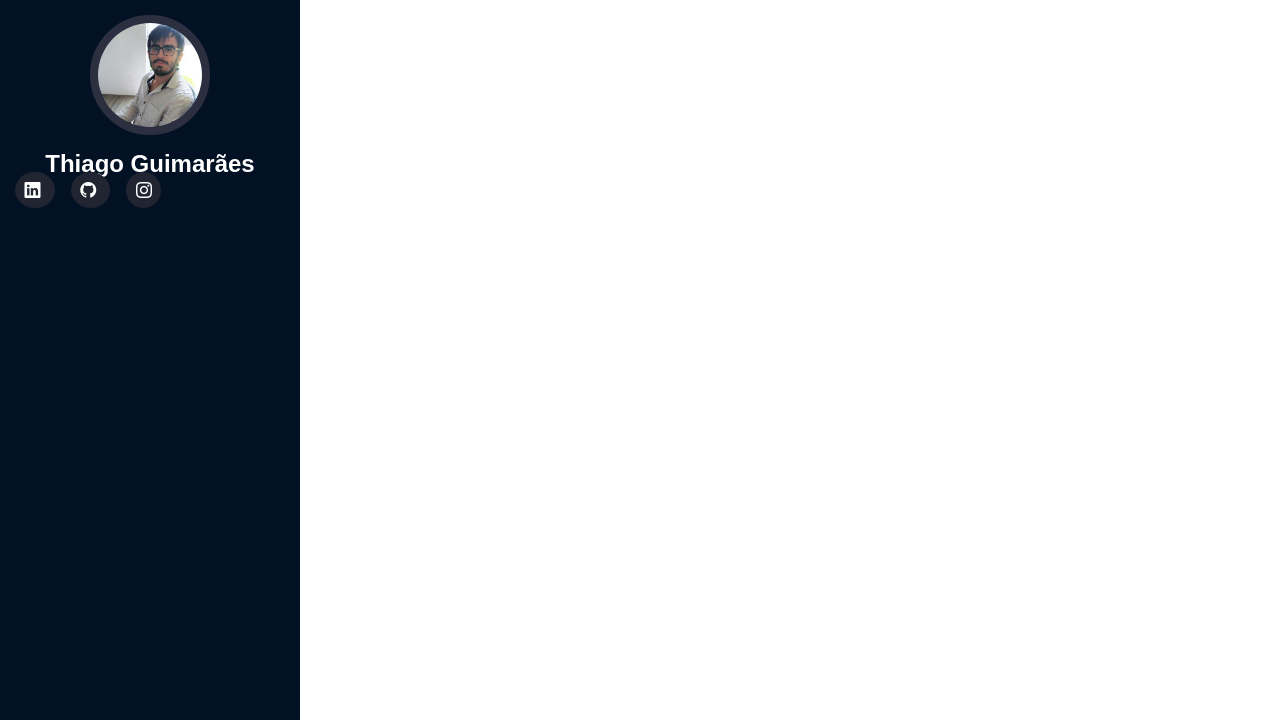
Repository: Rayago/projeto-portfolio
Page: http://localhost/
These files come from the project's save history. The page is drawn as it stood at one moment and after the next save; the edit follows.
The browser window is 1280 px wide. The pictures show the whole page.
The pointer rests on the first visible `#header .profile .social-links a`.
Some web fonts or font styles are not loaded; a fallback is used. The page is served by the project's application, run on Flask 3 (app.py).

Above is the page before, as saved 2022-07-11 23:09:51.

### templates/index.html
<!DOCTYPE html>
<html lang="pt-br">
<head>
    <meta charset="UTF-8">
    <meta http-equiv="X-UA-Compatible" content="IE=edge">
    <meta name="viewport" content="width=device-width, initial-scale=1.0">
    <link rel="stylesheet" href="../static/bootstrap/css/bootstrap.css">
    <link rel="stylesheet" href="../static/style.css">
    <link rel="icon" type="image/png" href="../static/img">
    <link rel="stylesheet" href="https://cdn.jsdelivr.net/npm/bootstrap-icons@1.8.3/font/bootstrap-icons.css">
    <title>Thiago Guimarães</title>
</head>
<body>

    <aside id="header">
        <section class="profile">
            <img src="../static/img/meu_perfil.jpg" alt="Foto Perfil"/>
            <h1>Thiago Guimarães</h1>
            <div class="social-links">
                <a href="https://www.linkedin.com/in/raymundo-thiago">
                    <i class="bi bi-linkedin"></i>
                </a>
                <a href="https://www.github.com/Rayago">
                    <i class="bi bi-github"></i>
                </a>
                <a href="https://www.instagram.com/estudatech">
                    <i class="bi bi-instagram"></i>
                </a>
            </div>
        </section>
    </aside>


    <script src="../static/bootstrap/js/bootstrap.bundle.min.js"></script>
    <script src="../static/script.js"></script>
</body>
</html>

### app.py
from flask import Flask, render_template, redirect

app = Flask(__name__)

@app.route('/')
def index():
    return render_template('index.html')

if __name__ == '__main__':
    app.run(debug=True)

### static/style.css
@import url('https://fonts.googleapis.com/css2?family=Ubuntu:ital,wght@0,300;0,400;0,500;0,700;1,300;1,400;1,500;1,700&display=swap');

html, body {
    font-family: Ubuntu, Arial;
    width: 100%;
    height: 100%;
}

#header {
    position: fixed;
    top: 0;
    left: 0;
    bottom: 0;
    background: #021124;
    overflow-y: auto;
    width: 300px;
    transition: all ease-in-out 0.5s;
    padding: 0 15px;
    z-index: 9997;
}

#header .profile img {
    margin: 15px auto;
    display: block;
    width: 120px;
    border: 8px solid #2c2f3f;
    border-radius: 50%;
}

#header .profile h1 {
    font-size: 24px;
    margin: 0;
    padding: 0;
    font-weight: 600;
    text-align: center;
    color: white;
}

#header .profile .social-links a {
    font-size: 1rem;
    background: #212431;
    color: #fff;
    padding: 0.6rem;
    margin-right: 1rem;
    border-radius: 50%;
    transition: 0.3s;
    text-decoration: none;
}

Loaded but not shown: static/bootstrap/css/bootstrap.css (library); static/bootstrap/js/bootstrap.bundle.min.js (library); static/script.js (no stored copy; drawn as an empty file)

After the next save:
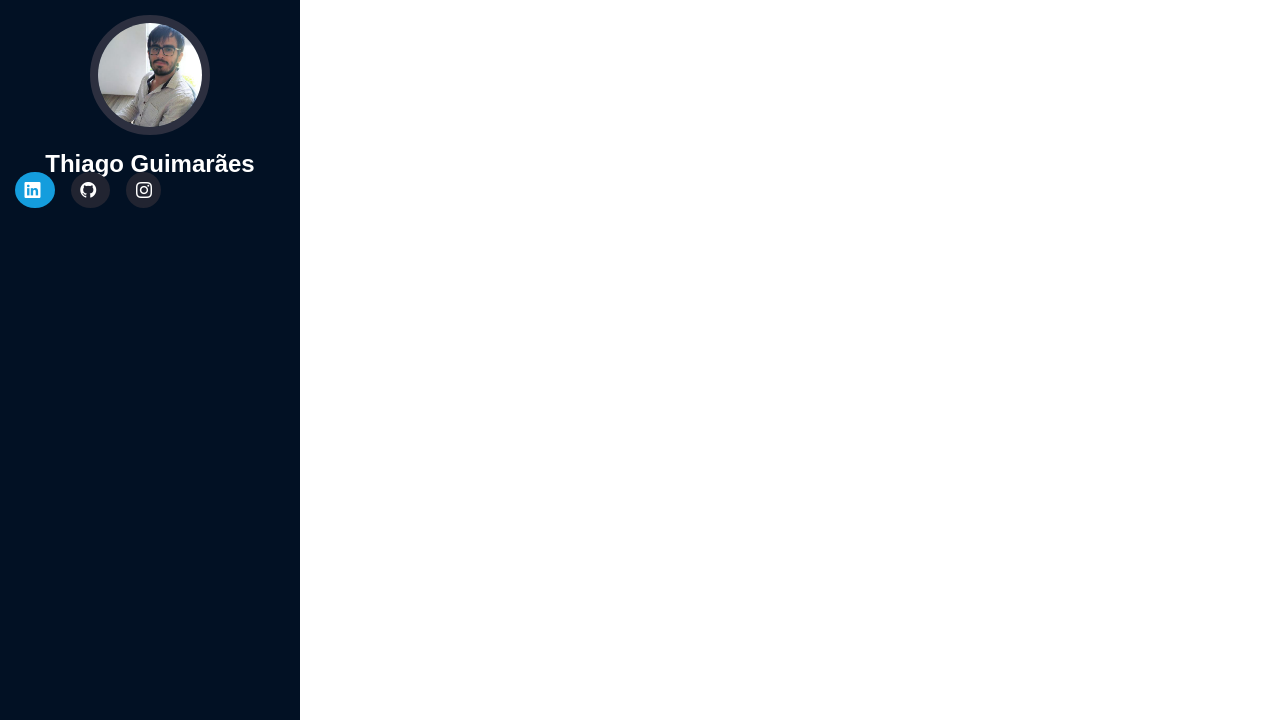
Saved 25 s later.
--- a/static/style.css
+++ b/static/style.css
@@ -46,3 +46,7 @@ html, body {
     transition: 0.3s;
     text-decoration: none;
 }
+
+#header .profile .social-links a:hover {
+    background: #149ddd;
+}
